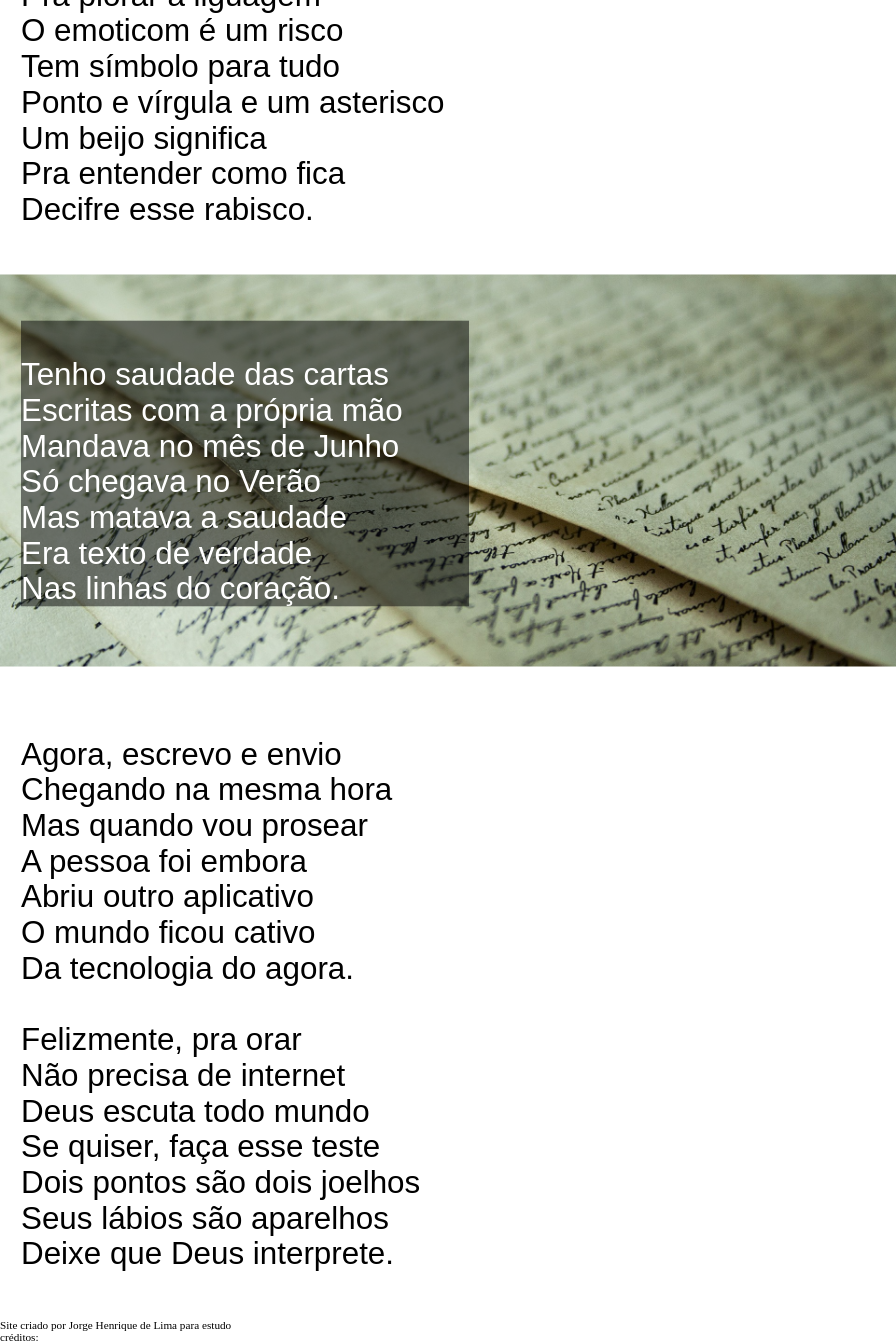
Repository: jorgprado/curso-html-css-Guanabara
Page: exec-pag-cordel/index.html
These files come from the project's save history. The page is drawn as it stood at one moment and after the next save; the edit follows.
The browser window is 1280 px wide. The pictures show the part of the page from y = 1853 to 3773 px (the page is 3773 px tall), at 70% of full size.
Backgrounds fixed to the window are drawn as part of the page. Some web fonts or font styles are not loaded; a fallback is used.

Above is the page before, as saved 2023-05-18 17:01:00.

### exec-pag-cordel/index.html
<!DOCTYPE html>
<html lang="pt-br">
<head>
    <meta charset="UTF-8">
    <meta http-equiv="X-UA-Compatible" content="IE=edge">
    <meta name="viewport" content="width=device-width, initial-scale=1.0">
    <link rel="stylesheet" href="estilos/style.css">
    <title>Cordel Moderno</title>
</head>
<body>
    <header>
        <h1>Cordel Moderno</h1>
        <p>Por <a href="https://www.recantodasletras.com.br/poesias/3186743" target="_blank">Milton Duarte</a></p>
    </header>
    <main>
        <article>

            <div class="box">
                <p>
                    Estou ficando cansado
                    Da tal tecnologia
                    Só se fala por e-mail
                    Mensagem curta e fria
                    Twitter e Facebook
                    Antes que eu caduque
                    Vou dizer tudo em poesia.
                </p>
            </div>

            <div class="box box-img">
                <p class="bg">
                    Não é mais como era antes
                    É tudo abreviado
                    "Você" só tem duas letras
                    O "O" e o "E" foi riscado
                    Para declarar o amor
                    Basta botar uma flor
                    E um coração desenhado.
                </p>
            </div>

            <div class="box">
                <p>
                    Arroba agora não pesa
                    É parte de um endereço
                    Ponto final nem se usa
                    Ou vai até no começo
                    Agora é .com

                    Se o saite é muito bom
                    Ele vale um alto preço.
                    Pra piorar a liguagem
                    O emoticom é um risco
                    Tem símbolo para tudo
                    Ponto e vírgula e um asterisco
                    Um beijo significa
                    Pra entender como fica
                    Decifre esse rabisco.
                </p>
            </div>

            <div class="box box-img1">

                    <p class="bg">
                        Tenho saudade das cartas
                        Escritas com a própria mão
                        Mandava no mês de Junho
                        Só chegava no Verão
                        Mas matava a saudade
                        Era texto de verdade
                        Nas linhas do coração.
                    </p>

            </div>

            <div class="box">
                <p>
                    Agora, escrevo e envio
                    Chegando na mesma hora
                    Mas quando vou prosear
                    A pessoa foi embora
                    Abriu outro aplicativo
                    O mundo ficou cativo
                    Da tecnologia do agora.

                    Felizmente, pra orar
                    Não precisa de internet
                    Deus escuta todo mundo
                    Se quiser, faça esse teste
                    Dois pontos são dois joelhos
                    Seus lábios são aparelhos
                    Deixe que Deus interprete.
                </p>
            </div>
        </article>
    </main>
    <footer>
        <p>Site criado por Jorge Henrique de Lima para estudo</p>
        <p>créditos: <a href="">Curso em video</a></p>
    </footer>

</body>
</html>

### exec-pag-cordel/estilos/style.css
@import url('https://fonts.googleapis.com/css2?family=Passion+One:wght@700&family=Sriracha&display=swap');

*{
    padding: 0;
    margin: 0;
    font-size: 1em;
}

a{
    text-decoration: none;
    color: white;
    font-weight: bolder;
}



header{
    color: white;
    background-color: black;
    text-align: center;

}

header h1{
    padding-top: 50px;
    color: white;
    font-family: 'Passion One', sans-serif;
    font-variant: small-caps;
    font-size: 10vw;
}


header p{
    color:white;
    font-family: sans-serif;
    padding-bottom: 50px;
}


main article .box{
    white-space: pre-line;
    padding: 30px 0px 50px 30px;

}

main article .box p{
    font-family: 'Sriracha', sans-serif;
    font-size: 3.5vw;

}

main article .box-img{
    background-image: url(../imagens/background001.jpg);
    background-attachment: fixed;
    background-position: center right;
    background-size: cover;
}

main article .box-img1{
    background-image: url(../imagens/background002.jpg);
    background-attachment: fixed;
    background-position: center right;
    background-size: cover;
}

main article .bg{
    background-color:rgba(0, 0, 0, .5);
    color: white;
    width: 50vw;
}

After the next save:
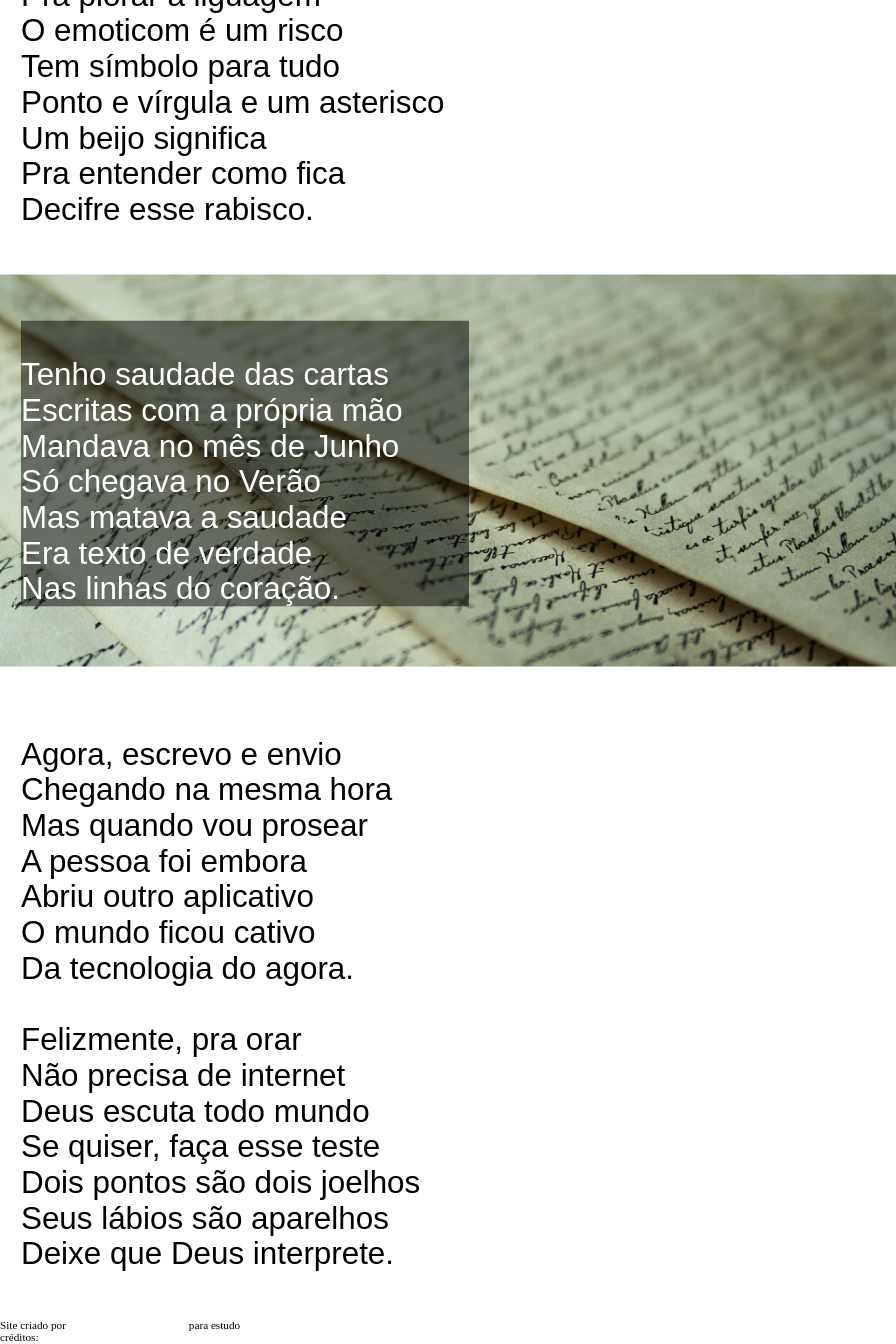
Saved 24 s later.
--- a/exec-pag-cordel/index.html
+++ b/exec-pag-cordel/index.html
@@ -95,7 +95,7 @@
         </article>
     </main>
     <footer>
-        <p>Site criado por Jorge Henrique de Lima para estudo</p>
+        <p>Site criado por <a href="">Jorge Henrique de Lima</a> para estudo</p>
         <p>créditos: <a href="">Curso em video</a></p>
     </footer>
 
